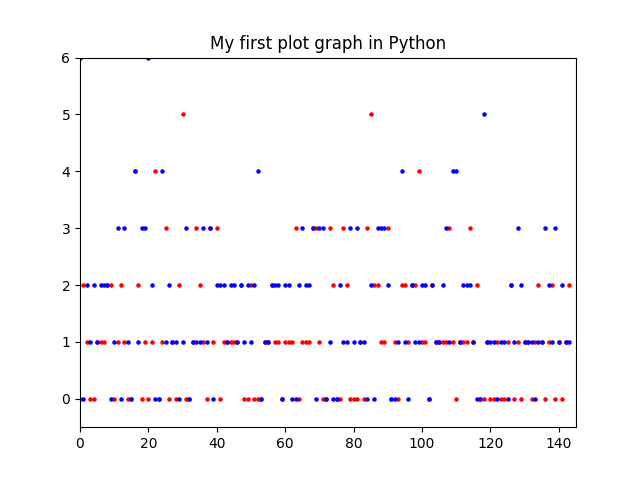
Repository: nelsonalexandrino/python_matplotlib_datavisualization_
Script's output: python LineAndScatterSplots.py
The author's editor kept a copy of each file at every save. The script's output is drawn from the files as they stood at one save, then again after the next save.
Random numbers start from a fixed seed.

Above is the script's output before, as saved 2019-08-25 11:44:54.

### LineAndScatterSplots.py
import matplotlib.pyplot as pyplot

with open('Goals.txt', 'r') as file:
    HomeTeamGoals = [int(x) for x in file.readline().strip(
        '\n').strip(' ').split(' ')]
    AwayTeamGoals = [int(x) for x in file.readline().strip(
        '\n').strip(' ').split(' ')]

xAxis = []
for i in range(len(HomeTeamGoals)):
    xAxis.append(i)

#pyplot.plot(xAxis, AwayTeamGoals, c='red')
pyplot.scatter(xAxis, AwayTeamGoals, c='red', s=5)
pyplot.title('My first plot graph in Python')
pyplot.scatter(xAxis, HomeTeamGoals, c='blue', s=5)
pyplot.xlim(0, 145)
pyplot.ylim(-0.5, 6)
pyplot.show()

### Goals.txt
6 0 2 1 2 1 2 2 2 0 1 3 0 3 1 0 4 1 3 3 6 2 0 0 4 1 2 1 1 0 1 3 0 1 1 1 3 1 3 0 2 2 2 1 2 2 1 2 1 2 1 2 4 0 1 1 2 2 2 0 2 2 0 0 2 3 2 2 3 0 3 3 0 1 0 0 2 1 1 3 1 3 1 1 0 2 0 3 3 3 2 0 0 1 4 1 0 2 1 1 2 2 0 2 1 1 2 3 1 4 4 1 2 2 2 1 0 0 5 1 1 1 0 1 1 0 2 1 3 2 1 1 1 0 1 1 3 2 1 3 1 2 1 1
0 2 1 0 0 1 1 1 2 2 0 1 2 1 0 0 4 2 0 1 0 1 4 0 1 3 0 1 0 2 5 0 0 1 3 2 1 0 3 1 3 0 1 1 1 1 1 2 0 0 2 0 0 0 1 1 2 1 1 0 1 1 1 3 0 1 1 1 3 3 1 0 0 3 2 0 0 3 2 0 0 0 1 0 3 5 2 2 1 1 3 0 1 0 2 2 1 2 2 4 1 1 0 2 1 1 1 1 3 1 0 1 1 1 3 1 2 0 0 1 0 0 1 0 0 1 2 0 1 0 1 1 0 1 2 1 0 1 2 0 1 0 1 2

After the next save:
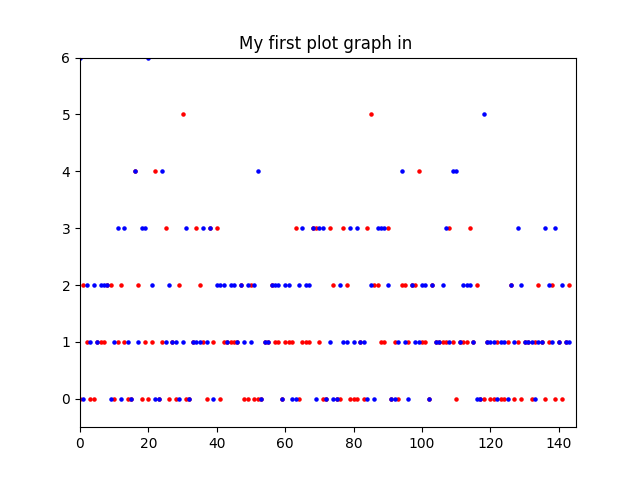
Saved 9 s later.
--- a/LineAndScatterSplots.py
+++ b/LineAndScatterSplots.py
@@ -12,7 +12,7 @@
 
 #pyplot.plot(xAxis, AwayTeamGoals, c='red')
 pyplot.scatter(xAxis, AwayTeamGoals, c='red', s=5)
-pyplot.title('My first plot graph in Python')
+pyplot.title('My first plot graph in ')
 pyplot.scatter(xAxis, HomeTeamGoals, c='blue', s=5)
 pyplot.xlim(0, 145)
 pyplot.ylim(-0.5, 6)

After the save that followed:
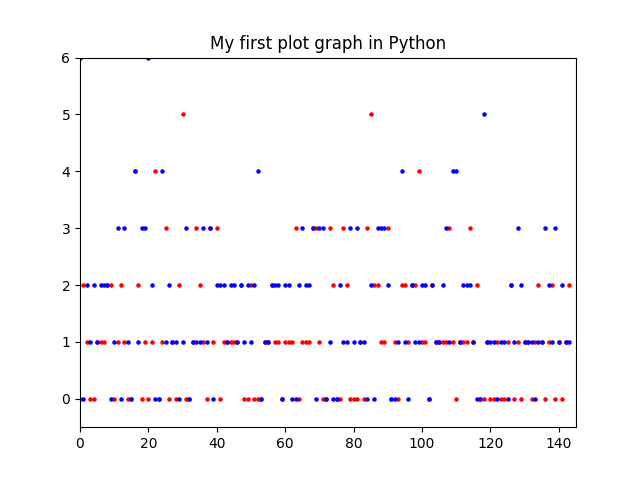
Saved 8 s later.
--- a/LineAndScatterSplots.py
+++ b/LineAndScatterSplots.py
@@ -12,7 +12,7 @@
 
 #pyplot.plot(xAxis, AwayTeamGoals, c='red')
 pyplot.scatter(xAxis, AwayTeamGoals, c='red', s=5)
-pyplot.title('My first plot graph in ')
+pyplot.title('My first plot graph in Python')
 pyplot.scatter(xAxis, HomeTeamGoals, c='blue', s=5)
 pyplot.xlim(0, 145)
 pyplot.ylim(-0.5, 6)
